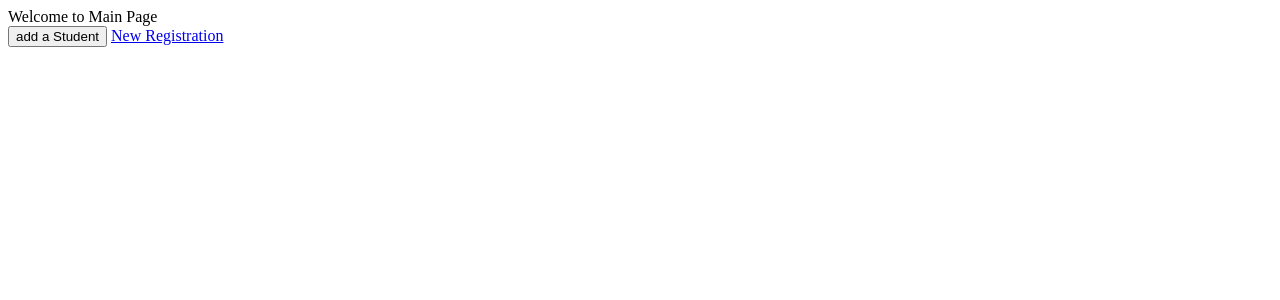
Repository: Aviligonda/Servlet_Programs
Page: http://localhost/StudentManagementSystem/
The author's editor kept a copy of each file at every save. The page is drawn from the files as they stood at one save, then again after the next save.
The browser window is 1280 px wide. The pictures show the whole page.
The page is served by Tomcat 9.

Above is the page before, as saved 2024-11-23 15:21:20.

### StudentManagementSystem/src/main/webapp/index.jsp
<%@ page language="java" contentType="text/html; charset=UTF-8"
    pageEncoding="UTF-8"%>
<!DOCTYPE html>
<html>
<head>
<meta charset="UTF-8">
<title>Main Page</title>
</head>
<body>
<%="Welcome to Main Page "%>
<form action="register.html">
<input type="submit" value= "add a Student">
<a href="register.html">New Registration</a>
</form>
</body>
</html>

After the next save:
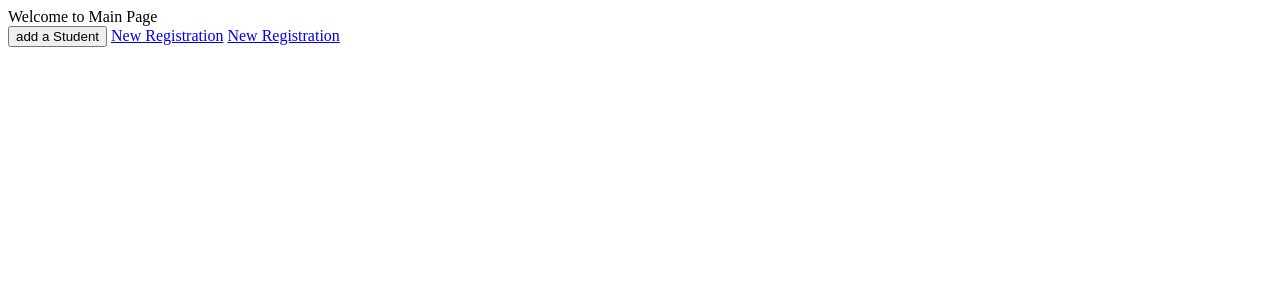
Saved 12 s later.
--- a/StudentManagementSystem/src/main/webapp/index.jsp
+++ b/StudentManagementSystem/src/main/webapp/index.jsp
@@ -11,6 +11,7 @@
 <form action="register.html">
 <input type="submit" value= "add a Student">
 <a href="register.html">New Registration</a>
+<a href="register.html">New Registration</a>
 </form>
 </body>
 </html>
